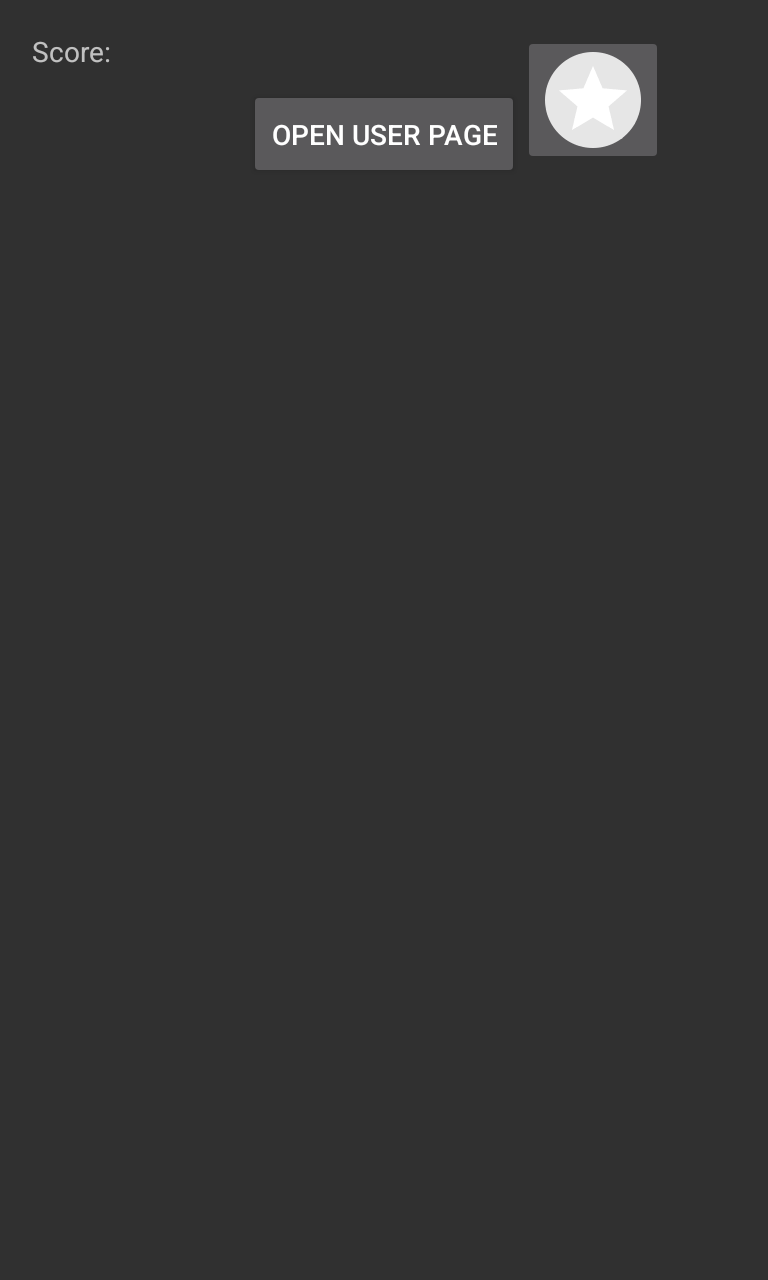
Repository: mberenguerascampi/github_app
Layout: GitHubApp/res/layout/activity_user_detail.xml
These files come from the project's save history. The layout is drawn as it stood at one moment and after the next save; the edit follows.
It is drawn on a 768 x 1280 px phone screen (xhdpi) without system bars, with theme Theme.AppCompat; the app's code is not run.

Above is the layout before, as saved 2014-12-26 14:54:14.

### GitHubApp/res/layout/activity_user_detail.xml
<RelativeLayout xmlns:android="http://schemas.android.com/apk/res/android"
    xmlns:tools="http://schemas.android.com/tools"
    android:layout_width="match_parent"
    android:layout_height="match_parent"
    android:paddingBottom="@dimen/activity_vertical_margin"
    android:paddingLeft="@dimen/activity_horizontal_margin"
    android:paddingRight="@dimen/activity_horizontal_margin"
    android:paddingTop="@dimen/activity_vertical_margin"
    tools:context="mbc.com.githubapp.activities.UserDetailActivity" >

    <TextView
        android:id="@+id/score_textview_label"
        android:layout_width="wrap_content"
        android:layout_height="wrap_content"
        android:text="@string/score_label_text"
     />

    <TextView
        android:id="@+id/score_textview"
        android:layout_toRightOf="@+id/score_textview_label"
        android:layout_width="wrap_content"
        android:layout_height="wrap_content"
     />

    <Button
        android:id="@+id/open_button"
        android:layout_below="@+id/score_textview"
        android:layout_width="wrap_content"
        android:layout_height="wrap_content"
        android:layout_marginTop="8dip"
        android:text="@string/open_user_page_text"
        android:layout_centerInParent="true"
        android:gravity="center_vertical|center_horizontal"
        />

    <ImageButton
        android:id="@+id/fav_button"
        android:layout_width="wrap_content"
        android:layout_height="wrap_content"
        android:layout_alignTop="@+id/score_textview"
        android:layout_toRightOf="@+id/open_button"
        android:gravity="end"
        android:src="@drawable/ic_favorita" />

</RelativeLayout>

### GitHubApp/res/values/strings.xml
<?xml version="1.0" encoding="utf-8"?>
<resources>

    <string name="app_name">GitHubApp</string>
    <string name="title_activity_splash">SplashActivity</string>
    <string name="hello_world">Hello world!</string>
    <string name="action_settings">Settings</string>
    <string name="title_activity_main">Search GitHub Users</string>

    <!-- SPLASH -->
    <string name="splash_text">GitHubApp</string>

    <!-- MAIN ACTIVITY -->
    <string name="search_user_text">User: </string>
    <string name="search_user_hint">Type a user</string>
    <string name="search_button_text">Search</string>
    <string name="title_activity_user_detail">UserDetailActivity</string>

    <!-- USER DETAIL ACTIVITY -->
    <string name="open_user_page_text">Open user page</string>
    <string name="score_label_text">Score: </string>

</resources>

Loaded but not shown: GitHubApp/res/values/dimens.xml (common file); GitHubApp/res/values-w820dp/dimens.xml (common file)

After the next save:
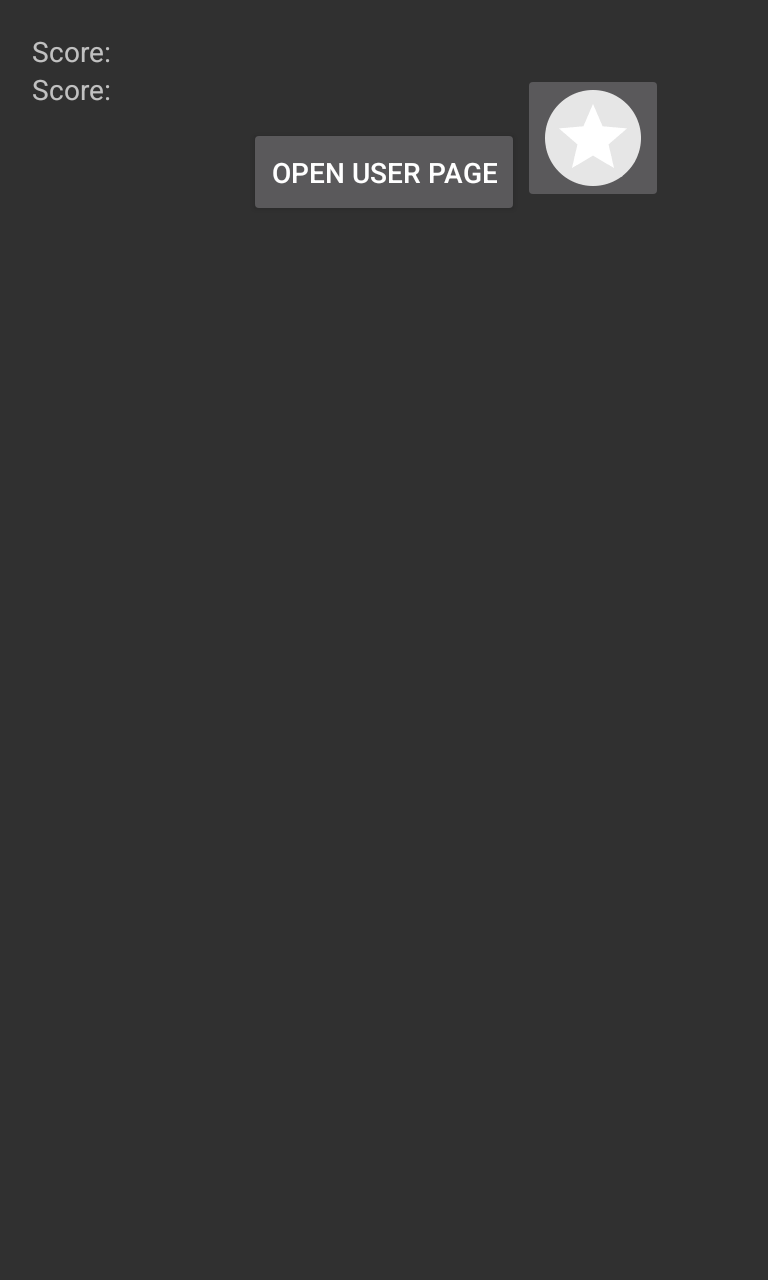
Saved 3 min 3 s later.
--- a/GitHubApp/res/layout/activity_user_detail.xml
+++ b/GitHubApp/res/layout/activity_user_detail.xml
@@ -9,7 +9,22 @@
     tools:context="mbc.com.githubapp.activities.UserDetailActivity" >
 
     <TextView
+        android:id="@+id/id_textview_label"
+        android:layout_width="wrap_content"
+        android:layout_height="wrap_content"
+        android:text="@string/score_label_text"
+     />
+
+    <TextView
+        android:id="@+id/id_textview"
+        android:layout_toRightOf="@+id/id_textview_label"
+        android:layout_width="wrap_content"
+        android:layout_height="wrap_content"
+     />
+
+    <TextView
         android:id="@+id/score_textview_label"
+        android:layout_below="@+id/id_textview"
         android:layout_width="wrap_content"
         android:layout_height="wrap_content"
         android:text="@string/score_label_text"
@@ -17,6 +32,7 @@
 
     <TextView
         android:id="@+id/score_textview"
+        android:layout_below="@+id/id_textview"
         android:layout_toRightOf="@+id/score_textview_label"
         android:layout_width="wrap_content"
         android:layout_height="wrap_content"
